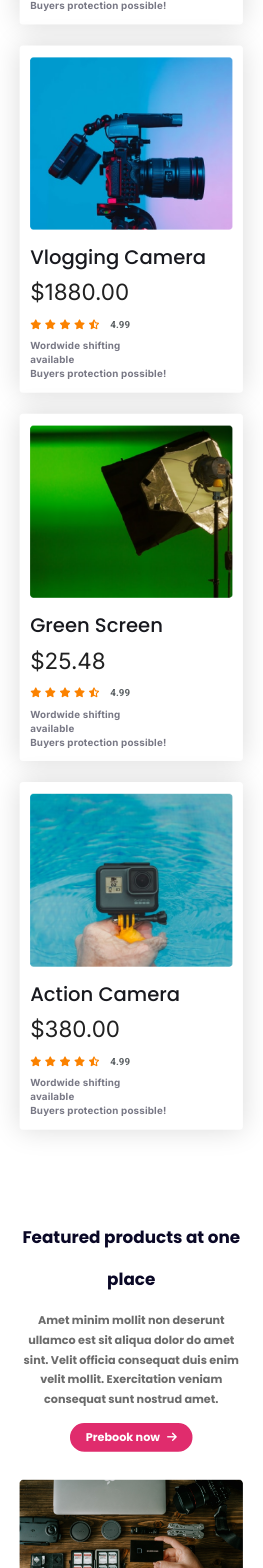
Repository: ShouravAhammed/Influencer-Gear-webpage
Page: index.html
The author's editor kept a copy of each file at every save. The page is drawn from the files as they stood at one save, then again after the next save.
The browser window is 375 px wide. The pictures show the part of the page from y = 4260 to 6500 px (the page is 6591 px tall before and 6541 px after), at 70% of full size.
Some web libraries are served in a nearby version.

Above is the page before, as saved 2024-01-15 17:07:31.

After the next save:
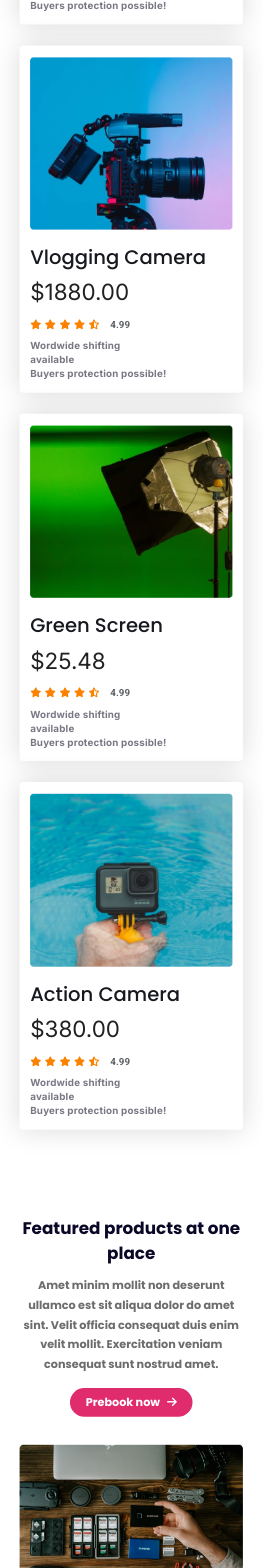
Saved 51 s later.
--- a/Style/style.css
+++ b/Style/style.css
@@ -310,6 +310,7 @@
     }
     .feature-content .feature-title{
         font-size: 24px;
+        line-height: normal;
     }
     .feature-content .feature-description{
         width: 100%;
